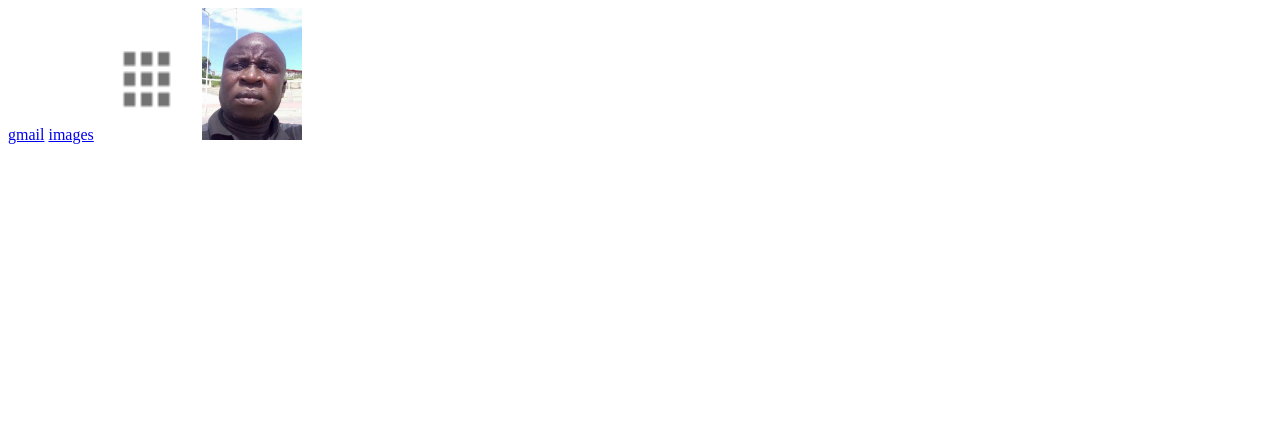
Repository: wkweyu/google_homepage
Page: index.html
These files come from the project's save history. The page is drawn as it stood at one moment and after the next save; the edit follows.
The browser window is 1280 px wide. The pictures show the whole page.

Above is the page before, as saved 2020-05-21 16:43:02.

After the next save:
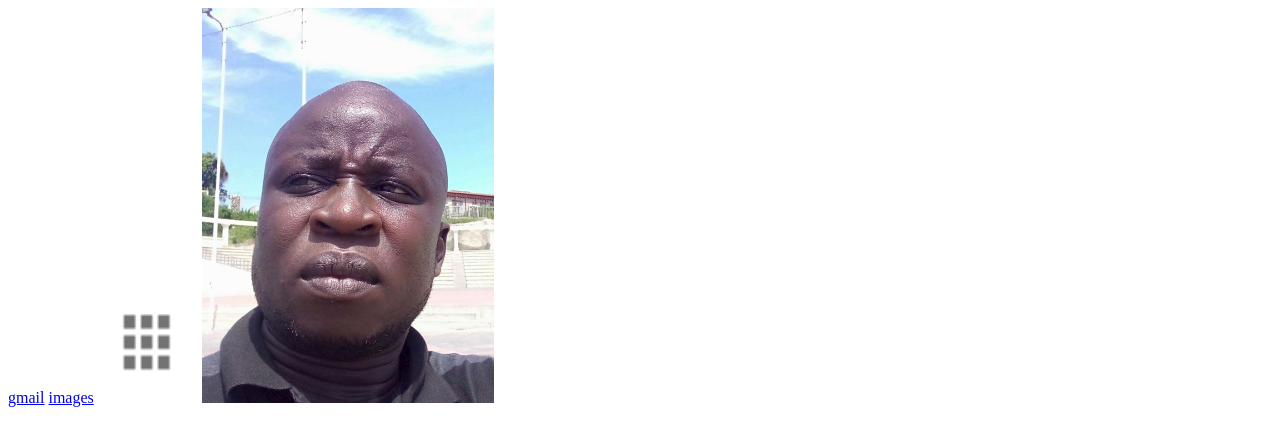
Saved 35 s later.
--- a/index.html
+++ b/index.html
@@ -11,7 +11,7 @@
             <a href="#">gmail</a>
             <a href="#">images</a>
             <a id="header-sel" href="#"><img src="images/gimages.png" alt="#" width="100" height="132"></a>
-            <a id="header-img" href="#"><img src="images/victor-small.png" alt="#" width="100" height="132"></a>
+            <a id="header-img" href="#"><img src="images/victor-small.png" alt="#"></a>
         </nav>
     </header>
 
